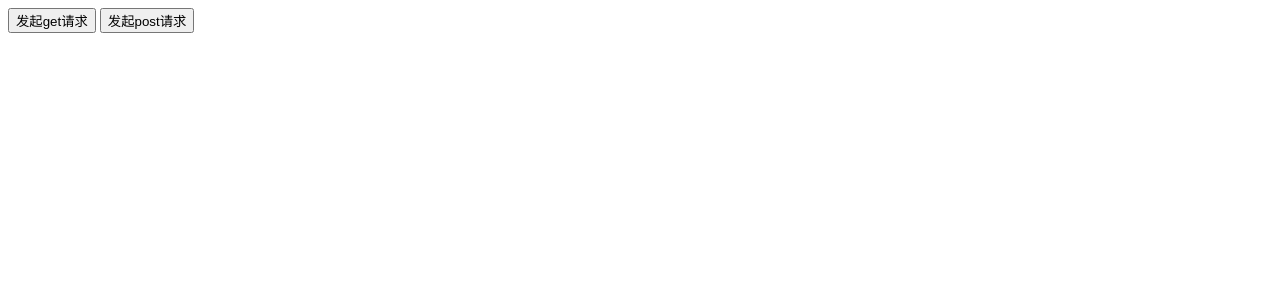
Repository: R1Deemo/ajax
Page: axios.html
These files come from the project's save history. The page is drawn as it stood at one moment and after the next save; the edit follows.
The browser window is 1280 px wide. The pictures show the whole page.

Above is the page before, as saved 2022-10-27 19:29:30.

After the next save:
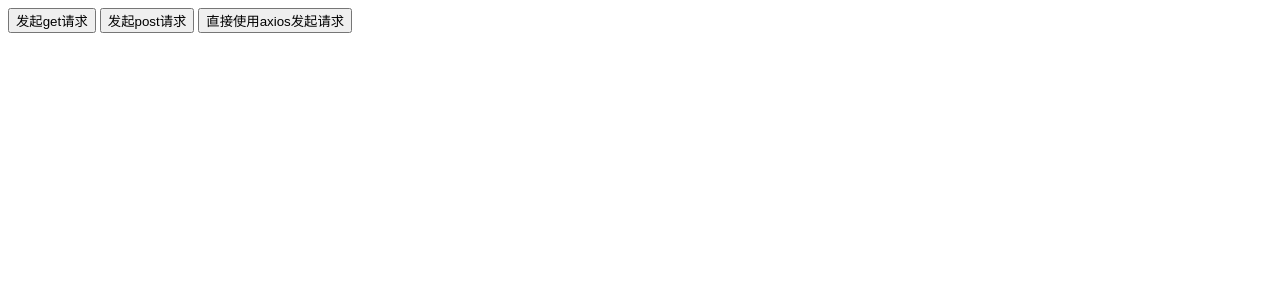
Saved 3 min 45 s later.
--- a/axios.html
+++ b/axios.html
@@ -12,6 +12,7 @@
 <body>
     <button id="btn1">发起get请求</button>
     <button id="btn2">发起post请求</button>
+    <button id="btn3">直接使用axios发起请求</button>
 </body>
 <script>
     document.querySelector('#btn1').addEventListener('click', function() {
@@ -36,6 +37,20 @@
             console.log(res.data)
         })
     })
+    document.querySelector('#btn3').addEventListener('click', function() {
+        var url = 'http://www.liulongbin.top:3006/api/post'
+        var paramsData = {
+            name: 'zs',
+            age: 20
+        }
+        axios({
+            method: 'get',
+            url: url,
+            params: paramasData
+        }).then(function(res) {
+            console.log(res.data)
+        })
+    })
 </script>
 
 </html>
